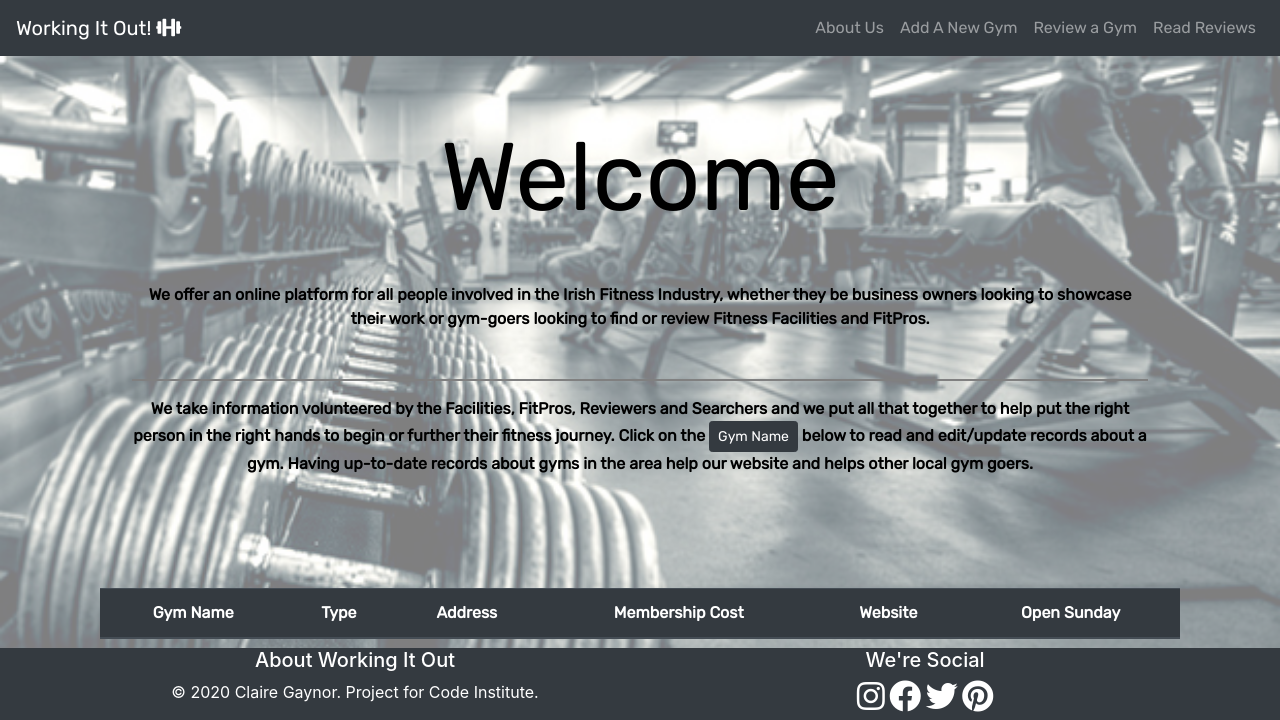
Repository: cgaynor91/Working_It_Out
Page: templates/home.html
The author's editor kept a record of every edit. The page is drawn from the files as they stood at one moment, then again after the next edit.
The browser window is 1280 px wide. The pictures show the whole page.
Some web libraries are served in a nearby version. The page is served by the project's application, run on Flask 3 (app.py). The template is opened directly, without the code that normally fills it, so the values that code supplies are empty.

Above is the page before.

After the next edit:
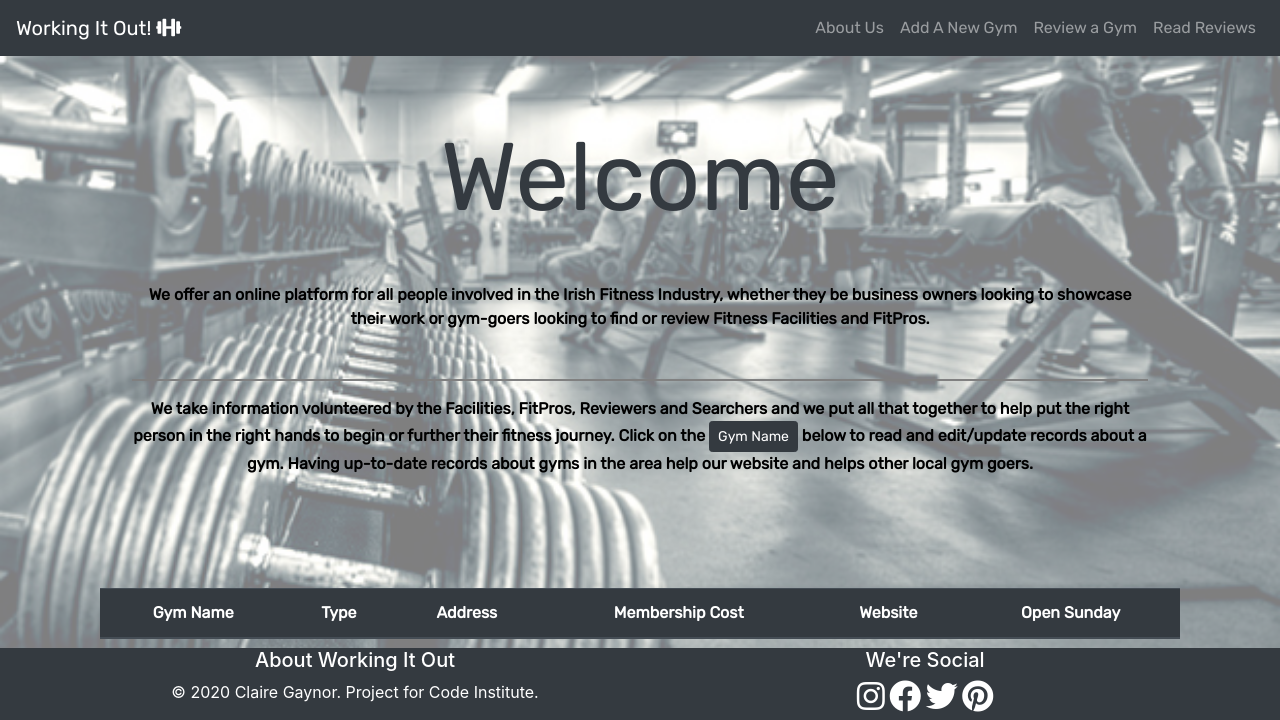
The edit:
--- a/static/css/style.css
+++ b/static/css/style.css
@@ -25,6 +25,7 @@
     line-height: 1.2;
     margin-bottom: 3rem;
     font-family: 'Rubik', sans-serif;
+    color: #343a40;
 }
 
 hr {
